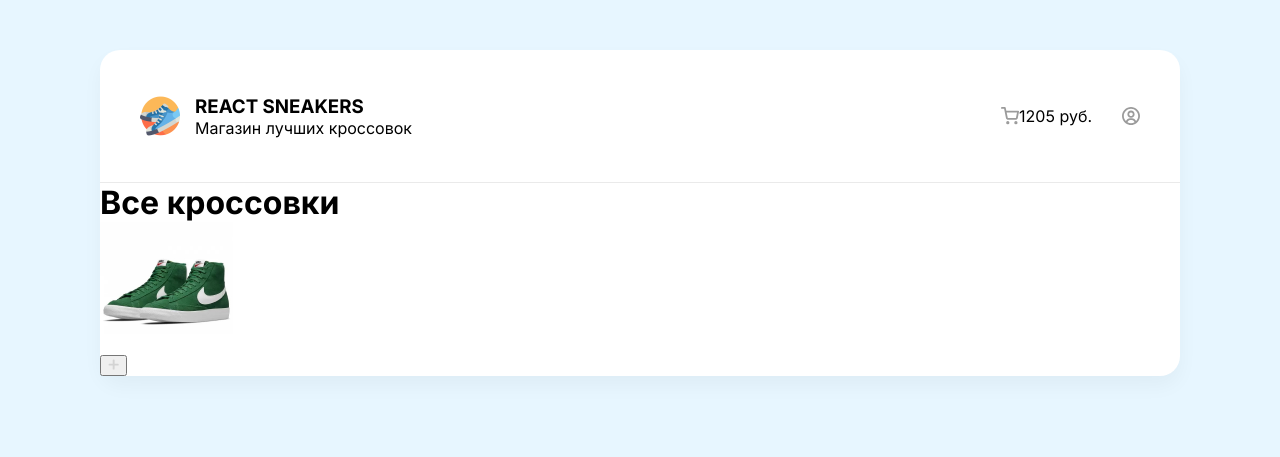
Repository: VaheHarutyunyan/react-sneakers
Page: /
These files come from the project's save history. The page is drawn as it stood at one moment and after the next save; the edit follows.
The browser window is 1280 px wide. The pictures show the whole page.
The project was rebuilt for these pictures with package versions that can differ from the ones it lists, and the page was loaded fresh each time.

Above is the page before, as saved 2021-07-22 13:21:02.

After the next save:
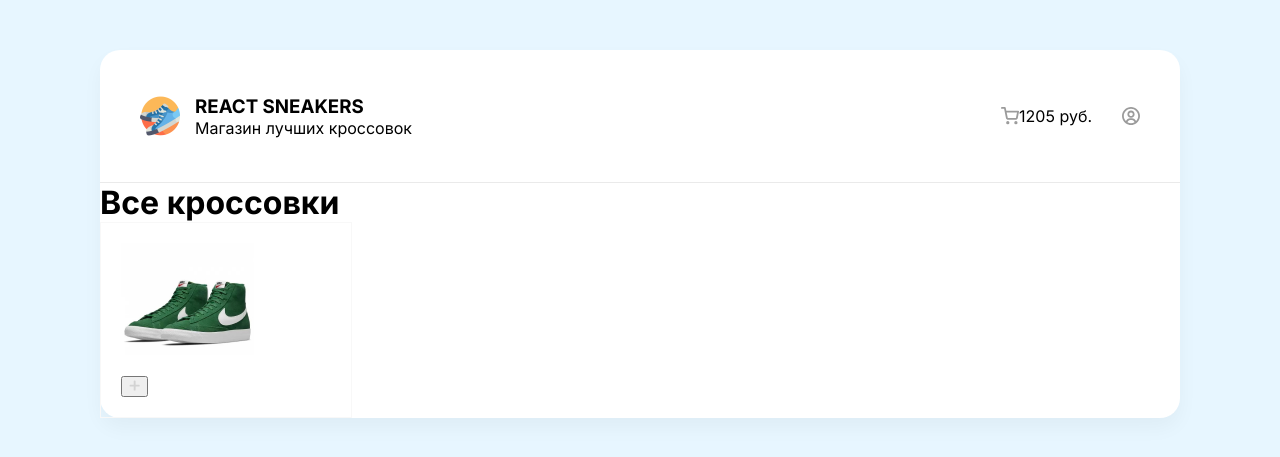
Saved 72 s later.
--- a/src/index.scss
+++ b/src/index.scss
@@ -57,3 +57,9 @@
     margin: 0;
   }
 }
+
+.card{
+  border:1px solid #f8f8f8;
+  padding: 20px;
+  width: 210px;
+}
